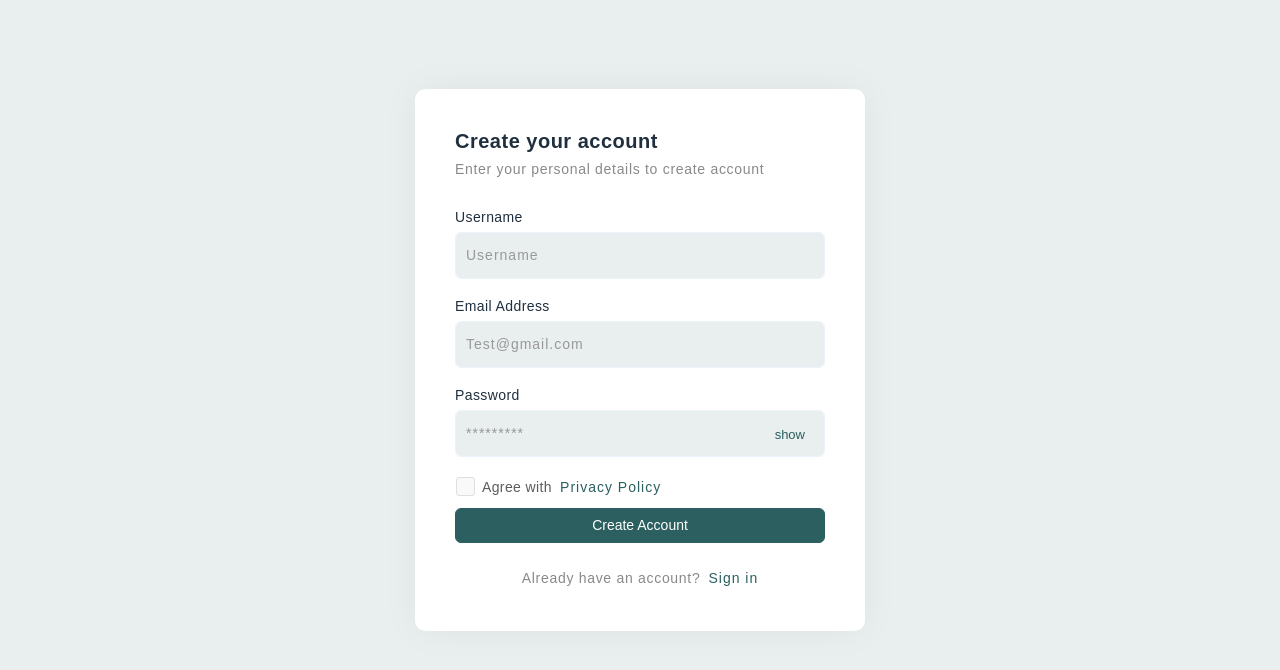
Repository: SPOTWEBDEV/ReceiptGeneratorWebsite
Page: http://localhost/ReceiptGeneratorWebsite/sign-up/
The author's editor kept a copy of each file at every save. The page is drawn from the files as they stood at one save, then again after a run of saves.
The browser window is 1280 px wide. The pictures show the whole page.
Some web fonts or font styles are not loaded; a fallback is used. The page is run by PHP 8.4 with error messages shown; the project is at /var/www/html/.

Above is the page before, as saved 2025-07-30 13:39:18.

After the next 3 saves:
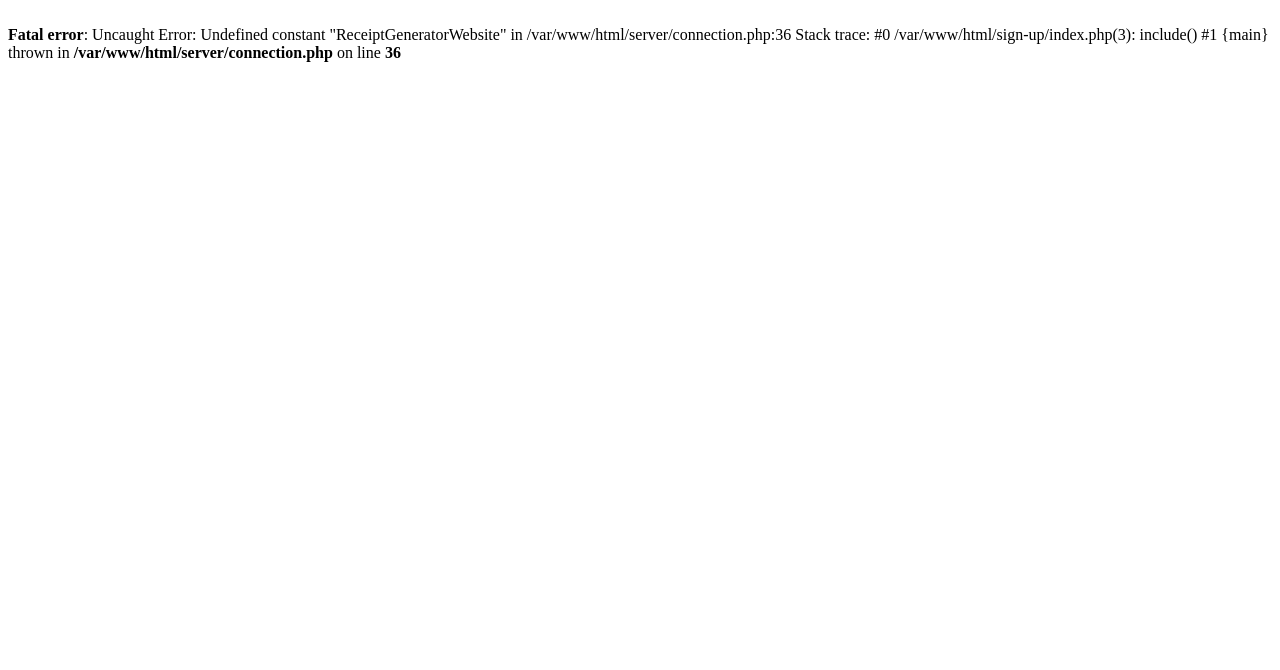
The 3 saves are shown as one change because they came seconds apart.
The last was saved 99 min 13 s later.
--- a/server/connection.php
+++ b/server/connection.php
@@ -33,7 +33,7 @@
     define("DATABASE", "reciept");
 
     // Database connection
-    $connection = mysqli_connect(HOST, USER, PASSWORD, DATABASE);
+    $connection = mysqli_connect(HOST, USER, PASSWORD, ReceiptGeneratorWebsite);
     if (!$connection) {
         die("Connection failed: " . mysqli_connect_error());
     }

After the save that followed:
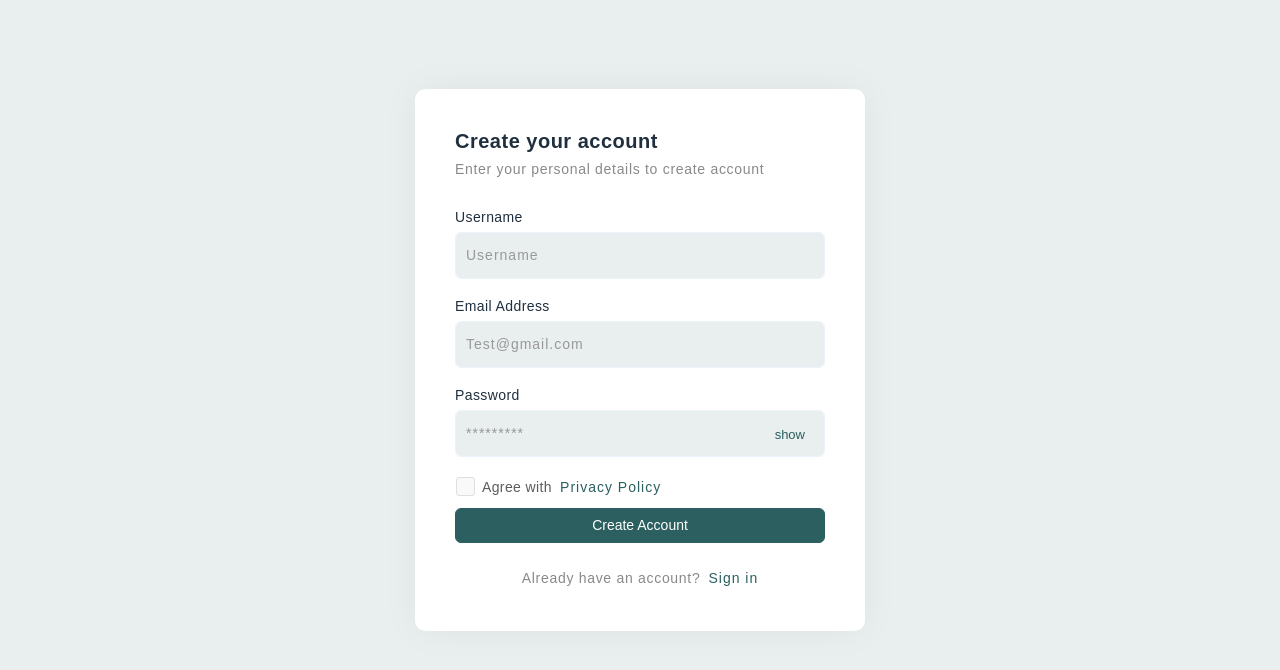
Saved 5 s later.
--- a/server/connection.php
+++ b/server/connection.php
@@ -33,7 +33,7 @@
     define("DATABASE", "reciept");
 
     // Database connection
-    $connection = mysqli_connect(HOST, USER, PASSWORD, ReceiptGeneratorWebsite);
+    $connection = mysqli_connect(HOST, USER, PASSWORD, );
     if (!$connection) {
         die("Connection failed: " . mysqli_connect_error());
     }
